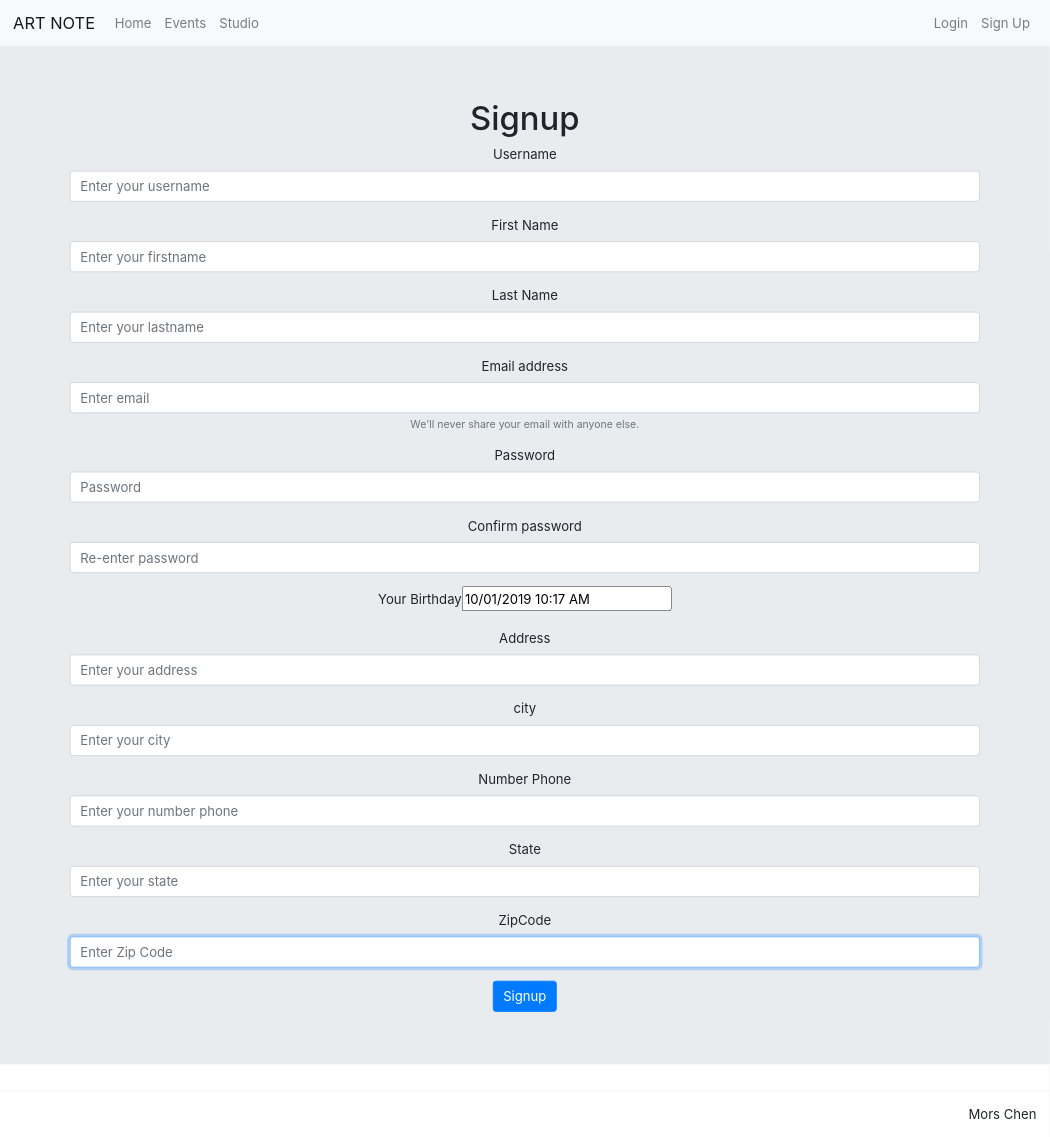
Repository: MorsChen/Final-Client
Page: /register (app in client-app/)
The author's editor kept a copy of each file at every save. The page is drawn from the files as they stood at one save, then again after the next save.
The browser window is 1280 px wide. The pictures show the whole page, at 82% of full size.
The page's requests for data from a server got no answer. The project was rebuilt for these pictures with package versions that can differ from the ones it lists, and the page was loaded fresh each time. No one was signed in, and anything a server would have sent is missing. Also part of the build but not shown: client-app/src/page/Home.js, client-app/src/page/Login.js, client-app/src/page/Profile.js.

Above is the page before, as saved 2019-10-01 14:27:21.

After the next save:
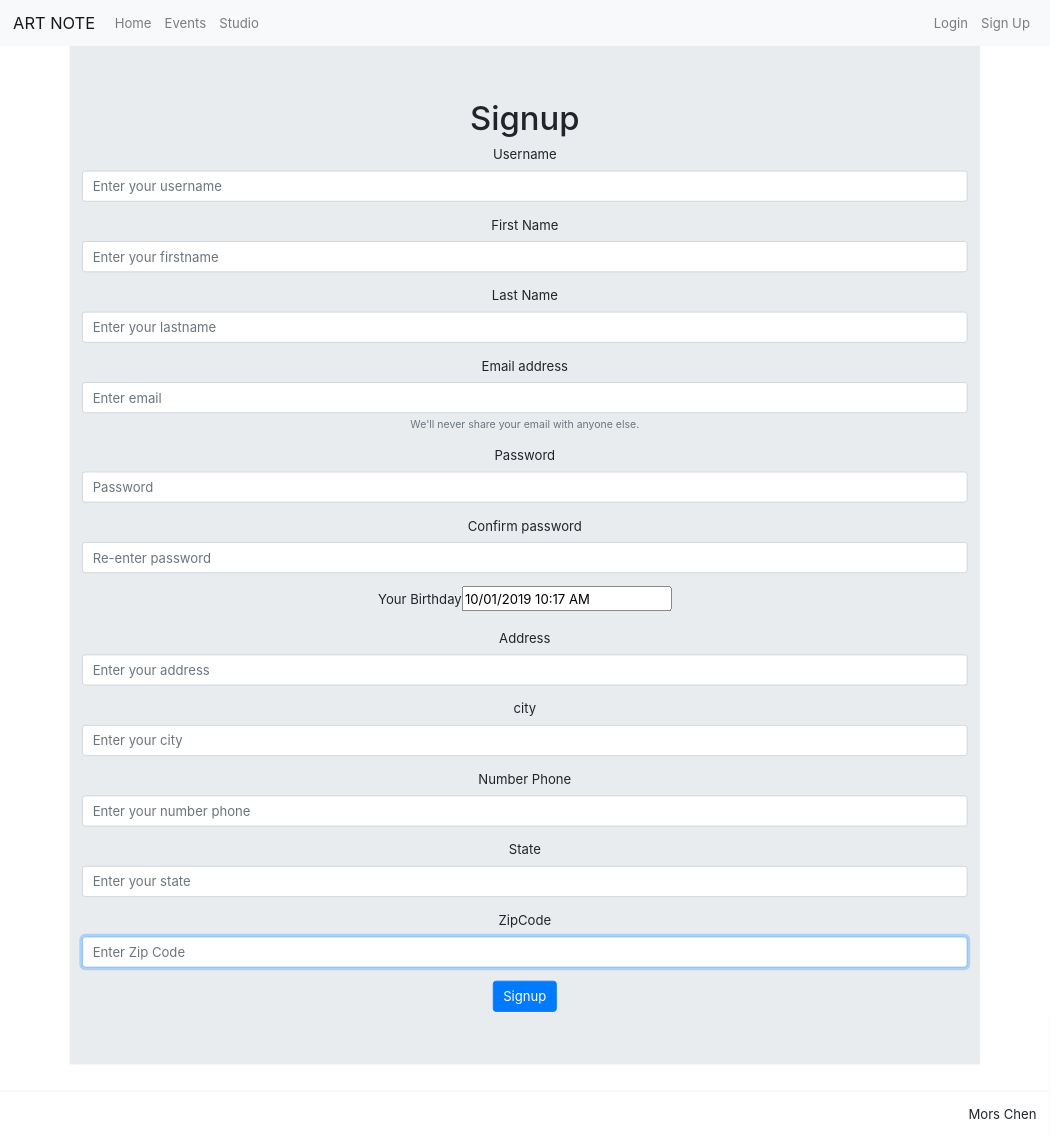
Saved 27 s later.
--- a/client-app/src/page/SignUp.js
+++ b/client-app/src/page/SignUp.js
@@ -84,7 +84,7 @@ export default class Signup extends Component {
         console.log(this.state.birthday.toISOString().slice(0, 10))
         console.log(new Date().toISOString().slice(0, 10))
         return (
-            <div className="FullContent">
+            <div className="container">
             <div className="jumbotron jumbotron-fluid custome-jumbo">
                 <div className="container">
                 <form
